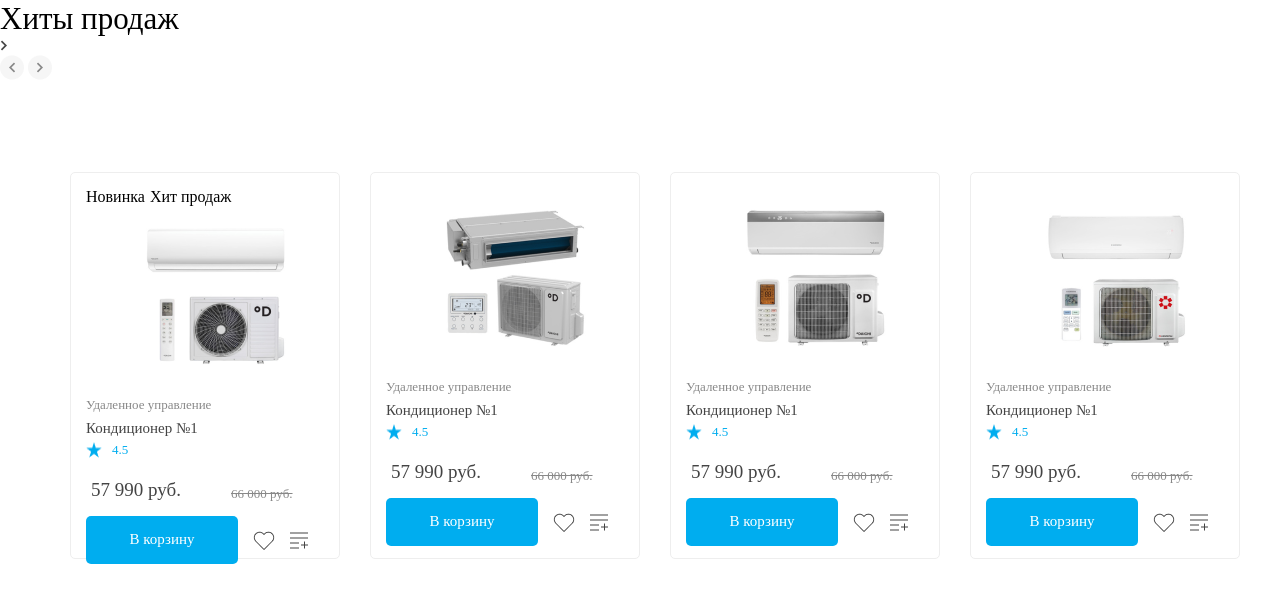
Repository: NikaMana/us
Page: index.html
An editor plug-in stored every save of this project. The page is shown before and after the next save, followed by the edit.
The browser window is 1280 px wide. The pictures show the whole page.

Above is the page before, as saved 2021-09-15 16:21:29.

### index.html
<!DOCTYPE html>
<html lang="ru">
<head>
    <meta charset="utf-8">
    <title>Main page</title>
    <meta name="viewport" content="widht=1100, initial-scale=1.0">
    <link rel="stylesheet" href="./styles.css">


</head>
<body>
<div class="welcome">
  <div class="welcome__container">
    <div class="welcome__up">
      <div class="welcome__left">
        <h1 class="welcome__hits">Хиты продаж</h1>
        <img class="welcome__arr" src="/img/arrbl.png" alt="blackarrow">
      </div>
      <div class="welcome__right">
        <img class="welcome__arr-left" src="/img/arrleft.png" alt="arrowleft">
        <img class="welcome__arr-right" src="/img/arrright.png" alt="arrowright">
      </div>
    </div>
      <div class="welcome__block-container">
        <div class="welcome__block">
          <div class="welcome__news">
            <div class="welcome__new">Новинка</div>
            <div class="welcome__sale">Хит продаж</div>
          </div>
          <img class="welcome__pic" src="/img/pic1.png" alt="condition">
          <h4 class="welcome__control">Удаленное управление</h4>
          <h3 class="welcome__condition">Кондиционер №1</h3>
          <div class="welcome__rating">
            <img class="welcome__star" src="/img/Star.png" alt="star">
            <span class="welcome__score">4.5</span>
          </div>
          <div class="welcome__price">
            <h2 class="welcome__price-current">57 990 руб.</h2>
            <h3 class="welcome__price-past">66 000 руб.</h3>
          </div>
          <div class="welcome__adding">
            <button class="welcome__button">В корзину</button>
            <img class="welcome__like" src="/img/like.png" alt="like">
            <img class="welcome__plus" src="/img/add.png" alt="add">
          </div>
        </div>
        <div class="welcome__block">
          <img class="welcome__pic" src="/img/pic2.png" alt="condition">
          <h4 class="welcome__control">Удаленное управление</h4>
          <h3 class="welcome__condition">Кондиционер №1</h3>
          <div class="welcome__rating">
            <img class="welcome__star" src="/img/Star.png" alt="star">
            <span class="welcome__score">4.5</span>
          </div>
          <div class="welcome__price">
            <h2 class="welcome__price-current">57 990 руб.</h2>
            <h3 class="welcome__price-past">66 000 руб.</h3>
          </div>
          <div class="welcome__adding">
            <button class="welcome__button">В корзину</button>
            <img class="welcome__like" src="/img/like.png" alt="like">
            <img class="welcome__plus" src="/img/add.png" alt="add">
          </div>
        </div>
        <div class="welcome__block">
          <img class="welcome__pic" src="/img/pic3.png" alt="condition">
          <h4 class="welcome__control">Удаленное управление</h4>
          <h3 class="welcome__condition">Кондиционер №1</h3>
          <div class="welcome__rating">
            <img class="welcome__star" src="/img/Star.png" alt="star">
            <span class="welcome__score">4.5</span>
          </div>
          <div class="welcome__price">
            <h2 class="welcome__price-current">57 990 руб.</h2>
            <h3 class="welcome__price-past">66 000 руб.</h3>
          </div>
          <div class="welcome__adding">
            <button class="welcome__button">В корзину</button>
            <img class="welcome__like" src="/img/like.png" alt="like">
            <img class="welcome__plus" src="/img/add.png" alt="add">
          </div>
        </div>
        <div class="welcome__block">
          <img class="welcome__pic" src="/img/pic4.png" alt="condition">
          <h4 class="welcome__control">Удаленное управление</h4>
          <h3 class="welcome__condition">Кондиционер №1</h3>
          <div class="welcome__rating">
            <img class="welcome__star" src="/img/Star.png" alt="star">
            <span class="welcome__score">4.5</span>
          </div>
          <div class="welcome__price">
            <h2 class="welcome__price-current">57 990 руб.</h2>
            <h3 class="welcome__price-past">66 000 руб.</h3>
          </div>
          <div class="welcome__adding">
            <button class="welcome__button">В корзину</button>
            <img class="welcome__like" src="/img/like.png" alt="like">
            <img class="welcome__plus" src="/img/add.png" alt="add">
          </div>
        </div>
      </div>
  </div>
</div>
</body>

### styles.css
*{
  margin: 0;
  padding: 0;
  box-sizing: border-box;
}
button{
  border: none;
  background: no-repeat;
}
h1, h2,h3,h4,h5{
  font-family: none;
  font-size: none;
}
.welcome{
  position: absolute;
  width: 100%;
  height: 100%;
  z-index: 0;
}

.welcome__hits{
font-family: Gotham Pro;
font-size: 31px;
font-style: normal;
font-weight: 300;
line-height: 37px;
letter-spacing: 0em;
text-align: left;
}
.welcome__block-container{
  display: flex;
  flex-direction: row;
}
.welcome__news{
  z-index: 1;
  display: flex;
}
.welcome__new{
  margin-right: 5px;
}
.welcome__block{
height: 387px;
width: 270px;
left: 55px;
top: 88px;
border-radius: 5px;
position: relative;
height: 387px;
left: 55px;
right: 955px;
top: 88px;
background: #FFFFFF;
border: 1px solid #EEEEEE;
box-sizing: border-box;
border-radius: 5px;
margin: 0px 15px;
padding: 15px;
}
.welcome__pic{
z-index: 0;
margin: 15px;
height: 150px;
left: 20px;
right: 20px;
top: 20px;
}
.welcome__control{
  position: static;
width: 230px;
height: 19px;
left: 0px;
top: 0px;
font-family: Gotham Pro;
font-style: normal;
font-weight: normal;
font-size: 13px;
line-height: 19px;
color: #888888;
flex: none;
order: 0;
align-self: stretch;
flex-grow: 0;
margin: 5px 0px;
}
.welcome__condition{
  position: static;
width: 230px;
height: 18px;
left: 0px;
top: 0px;
font-family: Gotham Pro;
font-style: normal;
font-weight: normal;
font-size: 15px;
line-height: 18px;
color: #444444;
flex: none;
order: 0;
align-self: stretch;
flex-grow: 0;
margin: 5px 0px;
}
.welcome__rating{
  display: flex;
}
.welcome__star{
  position: static;
width: 16px;
height: 16px;
left: 0px;
top: 0px;
flex: none;
order: 0;
flex-grow: 0;
margin-right: 5px;
}
.welcome__score{
  position: static;
width: 165px;
height: 15px;
left: 21px;
top: 0px;
font-family: Gotham Pro;
font-style: normal;
font-weight: normal;
font-size: 13px;
line-height: 15px;
display: flex;
align-items: center;
color: #00ADEF;
flex: none;
order: 1;
flex-grow: 1;
margin: 0px 5px;
}
.welcome__price{
  display: flex;
  margin-top: 20px;
  margin-bottom: 15px;
}
.welcome__price-current{
  position: static;
width: 130px;
height: 23px;
left: 0px;
top: 0px;
font-family: Gotham Pro;
font-style: normal;
font-weight: normal;
font-size: 19px;
line-height: 23px;
display: flex;
align-items: flex-end;
color: #444444;
flex: none;
order: 0;
flex-grow: 0;
margin: 0px 5px;
}
.welcome__price-past{
  position: static;
width: 103px;
height: 23px;
left: 135px;
top: 0px;
font-family: Gotham Pro;
font-style: normal;
font-weight: normal;
font-size: 13px;
line-height: 15px;
display: flex;
align-items: flex-end;
text-decoration-line: line-through;
color: #888888;
flex: none;
order: 1;
flex-grow: 0;
margin: 0px 5px;
}
.welcome__adding{
  display: flex;
  align-items: center;
}
.welcome__button{
  display: flex;
flex-direction: row;
justify-content: center;
align-items: center;
padding: 14px 40px 16px;
position: static;
width: 152px;
height: 48px;
left: 0px;
top: 0px;
background: #00ADEF;
border-radius: 5px;
flex: none;
order: 0;
font-family: Gotham Pro;
font-style: normal;
font-weight: normal;
font-size: 15px;
line-height: 18px;
color: #FFFFFF;
margin-right: 15px;
cursor: pointer;
}
.welcome__like{
cursor: pointer;
margin-right: 15px;
}
.welcome__plus{
cursor: pointer;;
}

After the next save:
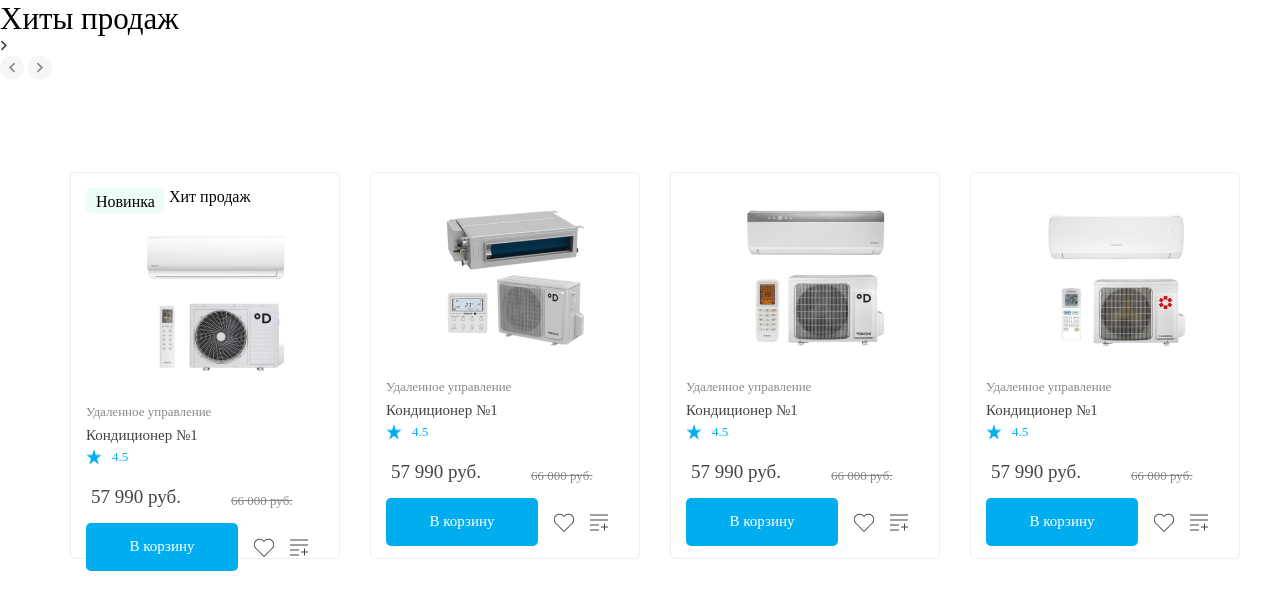
Saved 34 s later.
--- a/styles.css
+++ b/styles.css
@@ -37,6 +37,19 @@ text-align: left;
 }
 .welcome__new{
   margin-right: 5px;
+  display: flex;
+flex-direction: row;
+align-items: flex-start;
+padding: 5px 10px;
+
+position: static;
+width: 78px;
+height: 25px;
+left: 0px;
+top: 0px;
+
+background: #EEFCF6;
+border-radius: 5px;
 }
 .welcome__block{
 height: 387px;
